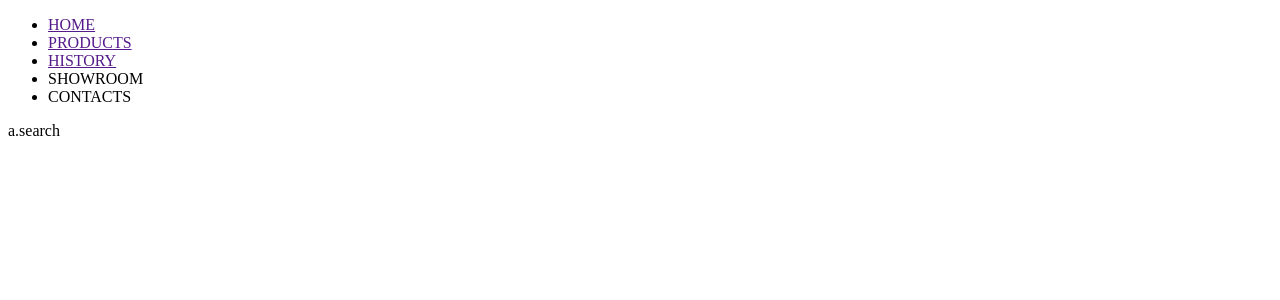
Repository: JaleAliyeva19/interior
Page: index.html
These files come from the project's save history. The page is drawn as it stood at one moment and after the next save; the edit follows.
The browser window is 1280 px wide. The pictures show the whole page.

Above is the page before, as saved 2022-09-06 05:15:06.

After the next save:
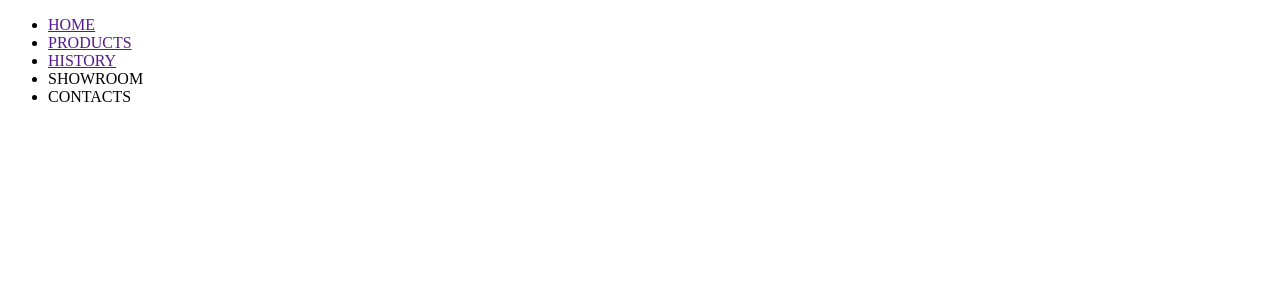
Saved 9 s later.
--- a/index.html
+++ b/index.html
@@ -18,7 +18,7 @@
       <li class="menu-list"><a href="" class="menu-link"></a>SHOWROOM</li>
       <li class="menu-list"><a href="" class="menu-link"></a>CONTACTS</li>
     </ul>
-    a.search
+    <a href="" class="search"></a>
   </div>
    <div class="slider-text"></div>
    <div class="pagination"></div>
